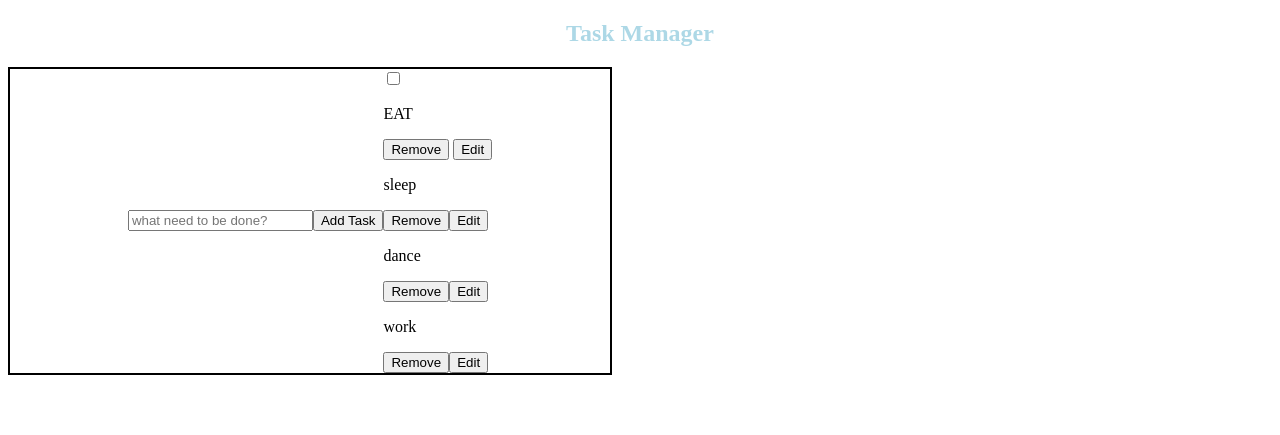
Repository: sristigupta04/basic-js-project
Page: todo app/title.html
An editor plug-in stored every save of this project. The page is shown before and after the next save, followed by the edit.
The browser window is 1280 px wide. The pictures show the whole page.

Above is the page before, as saved 2025-10-28 17:52:21.

After the next save:
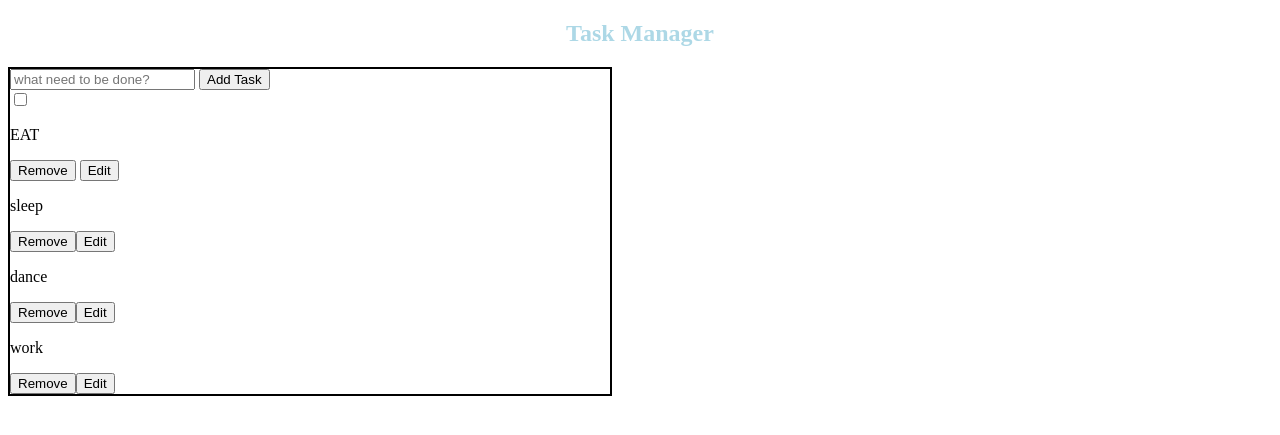
Saved 22 s later.
--- a/todo app/title.css
+++ b/todo app/title.css
@@ -14,10 +14,8 @@ display: flex;
 }
 .contain{
     border:2px solid black;
-    display: flex;
-    justify-content: center;
-    align-items: center;
 
-    width:600px;;
+    width:600px;
+
 
 }

After the save that followed:
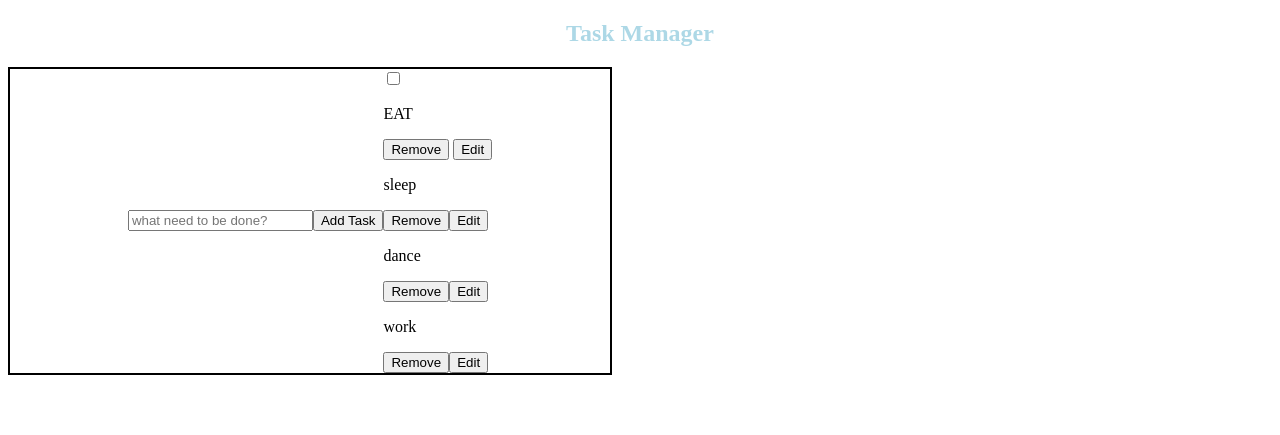
Saved 6 s later.
--- a/todo app/title.css
+++ b/todo app/title.css
@@ -16,6 +16,9 @@ display: flex;
     border:2px solid black;
 
     width:600px;
+      display: flex;
+    justify-content: center;
+    align-items: center;
 
 
 }
